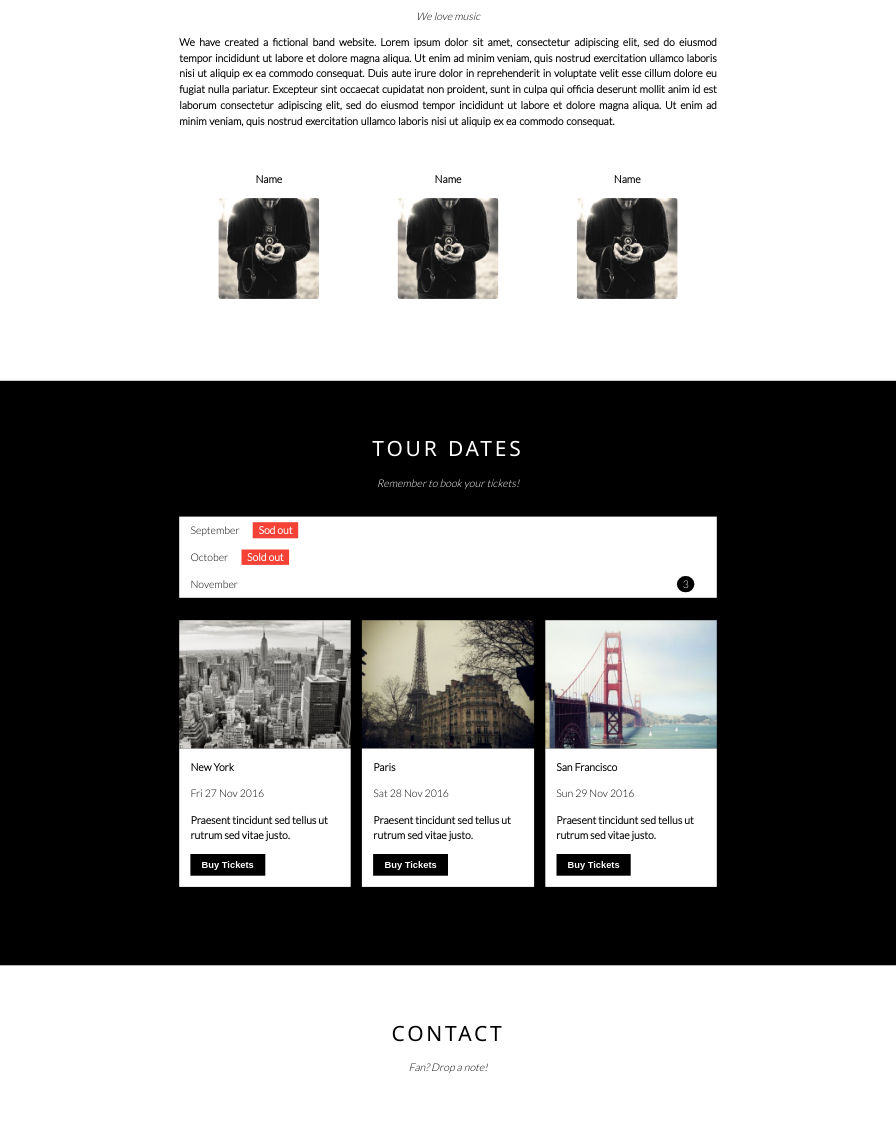
Repository: vanmanhAI/project-03-w3
Page: index.html
An editor plug-in stored every save of this project. The page is shown before and after the next save, followed by the edit.
The browser window is 1280 px wide. The pictures show the part of the page from y = 810 to 2730 px (the page is 2424 px tall before and 3703 px after), at 70% of full size.
Some web libraries are served in a nearby version.

Above is the page before, as saved 2022-07-13 10:11:01.

After the next save:
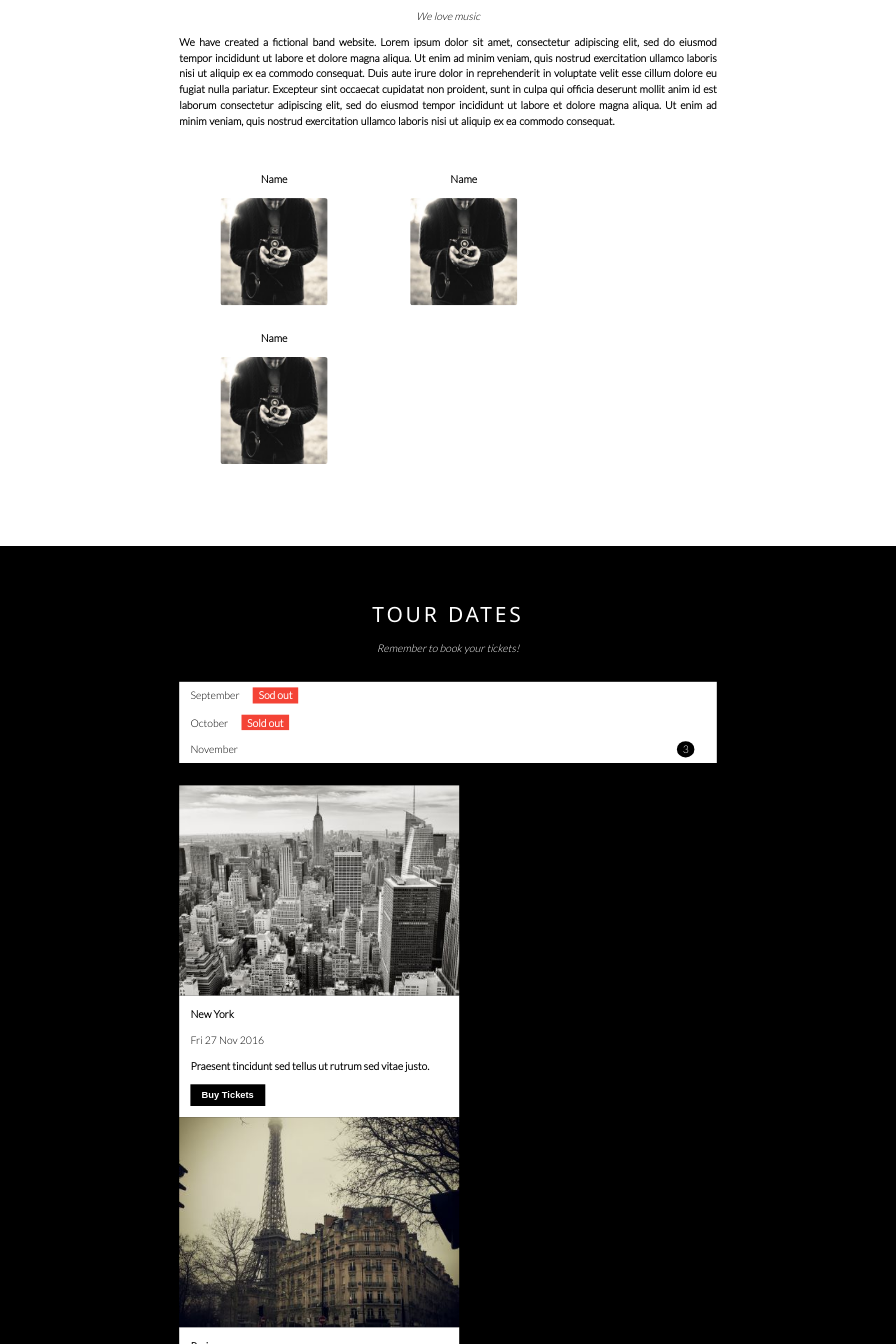
Saved 2 min 26 s later.
--- a/assets/css/style.css
+++ b/assets/css/style.css
@@ -26,6 +26,7 @@
     padding-left: 0.8rem;
     padding-right: 0.8rem;
 }
+.col
 .col-third {
     width: calc(100%/3);
 }

After the 2 saves that followed:
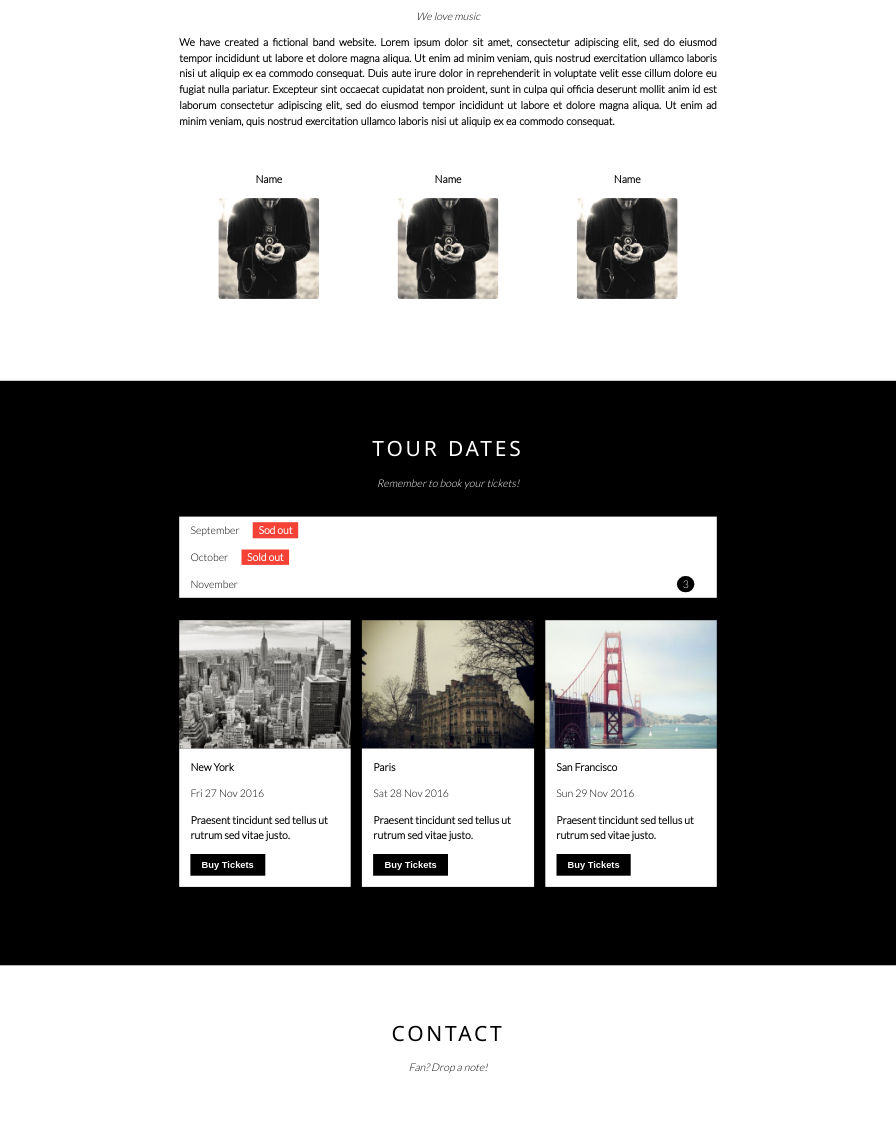
The 2 saves are shown as one change because they came seconds apart.
The last was saved 6 s later.
--- a/assets/css/style.css
+++ b/assets/css/style.css
@@ -26,7 +26,9 @@
     padding-left: 0.8rem;
     padding-right: 0.8rem;
 }
-.col
+.col-haif {
+    wid
+}
 .col-third {
     width: calc(100%/3);
 }
